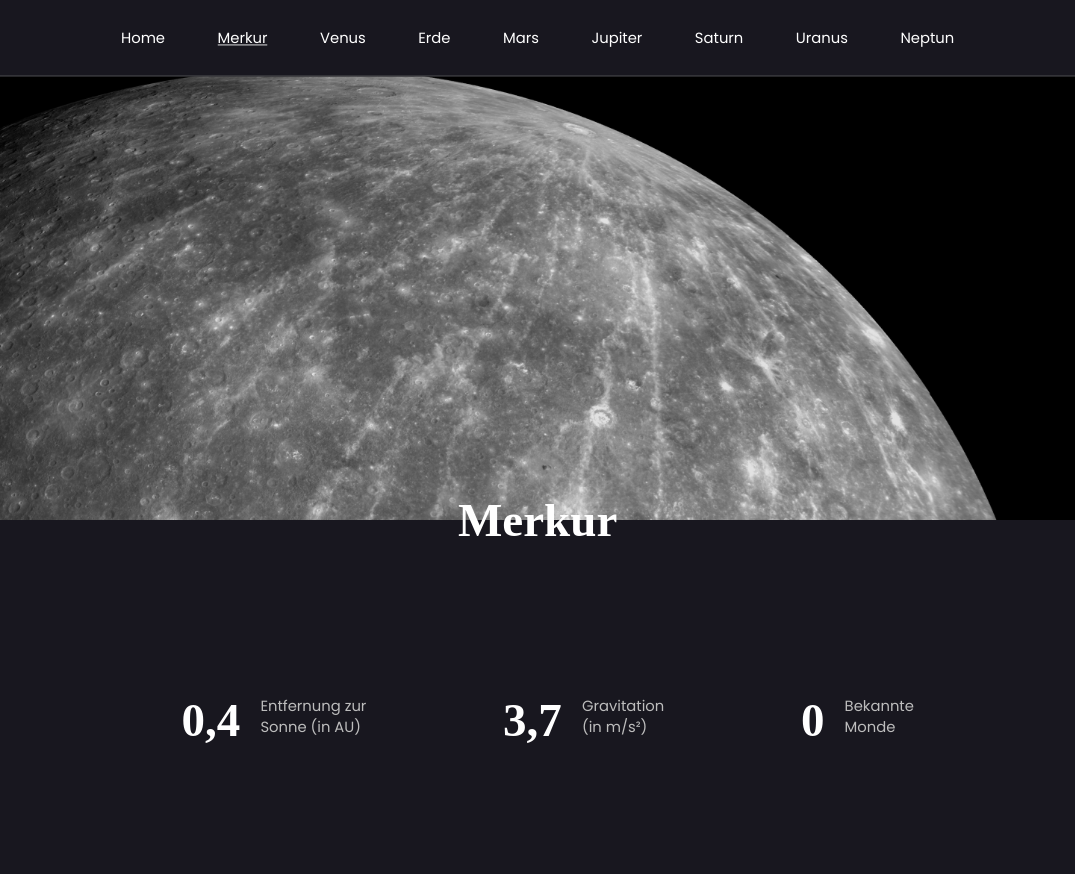
Repository: moreno-livak/solar
Page: dist/html/merkur.html
The author's editor kept a copy of each file at every save. The page is drawn from the files as they stood at one save, then again after the next save.
The browser window is 1280 px wide. The pictures show the whole page, at 84% of full size.
The style sheet was rebuilt from its Sass, Less or Tailwind sources for each picture, by a compiler version that may differ from the author's.

Above is the page before, as saved 2022-05-07 12:53:40.
Console error: TypeError: Cannot read properties of null (reading 'getAttribute')

After the next save:
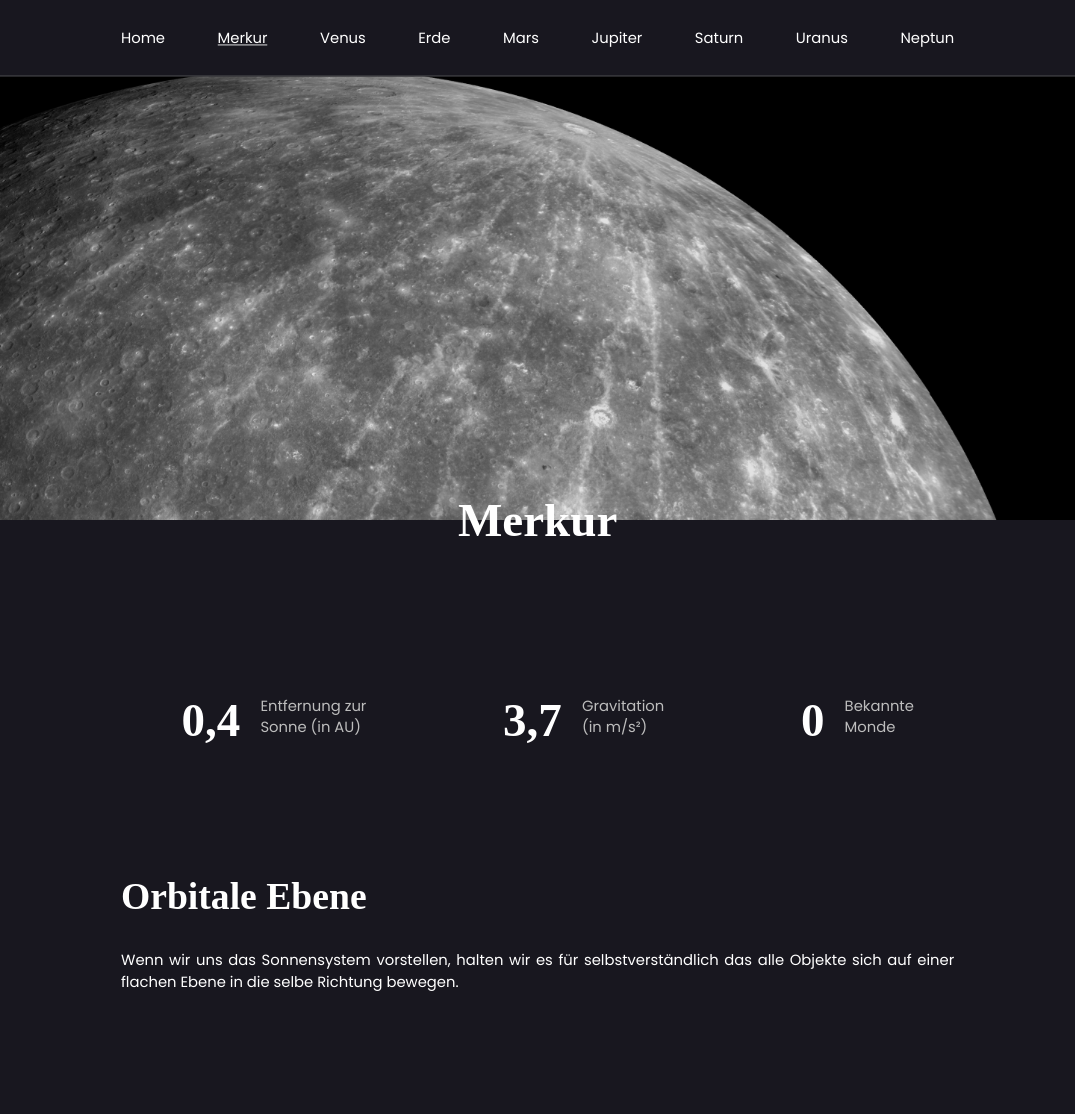
Saved 11 s later.
--- a/dist/html/merkur.html
+++ b/dist/html/merkur.html
@@ -67,7 +67,11 @@
   </section>
 
   <section class="orbit">
+    <h1>Orbitale Ebene</h1>
 
+        <p>Wenn wir uns das Sonnensystem vorstellen,
+           halten wir es für selbstverständlich das alle Objekte sich auf
+           einer flachen Ebene in die selbe Richtung bewegen.</p>
   </section>
 
 
